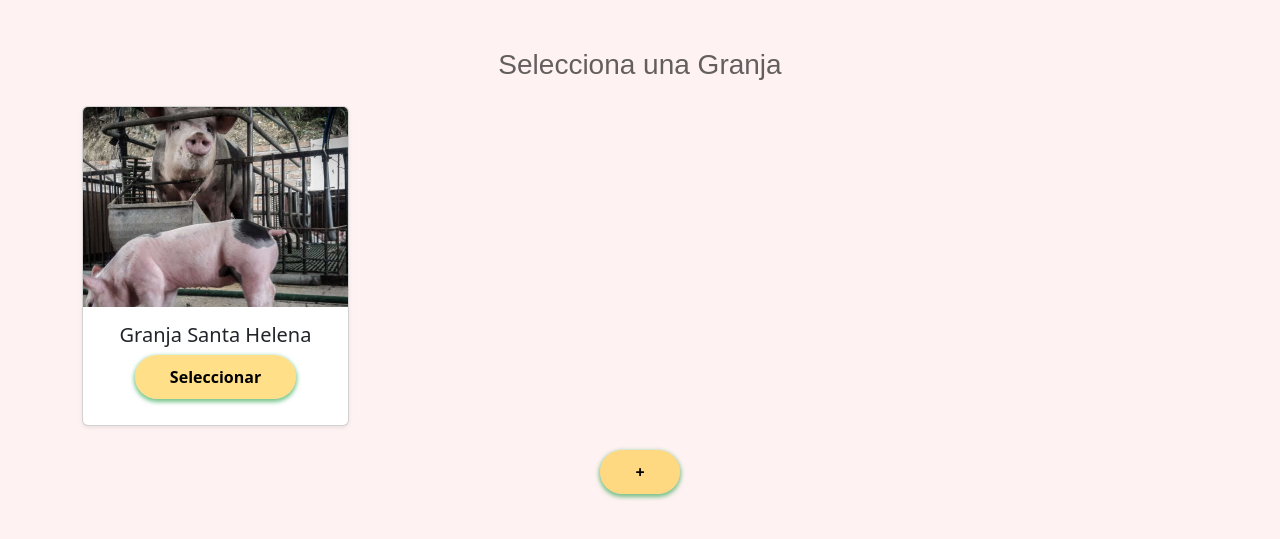
Repository: Mateojimenezz/Granja-Santa-Helena
Page: seleccionarGranja.html
These files come from the project's save history. The page is drawn as it stood at one moment and after the next save; the edit follows.
The browser window is 1280 px wide. The pictures show the whole page.
Some web fonts or font styles are not loaded; a fallback is used.

Above is the page before, as saved 2025-05-13 10:39:10.

### seleccionarGranja.html
<!DOCTYPE html>
<html lang="es">
<head>
    <meta charset="UTF-8">
    <meta name="viewport" content="width=device-width, initial-scale=1.0">
    <title>La Granja</title>
    <link href="https://cdn.jsdelivr.net/npm/bootstrap@5.3.3/dist/css/bootstrap.min.css" rel="stylesheet" integrity="sha384-QWTKZyjpPEjISv5WaRU9OFeRpok6YctnYmDr5pNlyT2bRjXh0JMhjY6hW+ALEwIH" crossorigin="anonymous">

    <link rel="stylesheet" href="./assets/css/seleccionarGranja.css">
    <link rel="stylesheet" href="https://cdn.jsdelivr.net/npm/bootstrap-icons@1.11.3/font/bootstrap-icons.min.css">
    <link href="https://fonts.googleapis.com/css2?family=Calistoga&display=swap" rel="stylesheet">

  </head>
<body>
    <div class="container mt-5">
        <h3 class="text-center mb-4">Selecciona una Granja</h3>

        <div class="row g-3" id="granjas-list">
            <!-- Primera granja fija -->
            <div class="col-md-3">
                <div class="card shadow-sm">
                    <img src="./assets/img/granja2.jpg" class="card-img-top" alt="Santa Helena">
                    <div class="card-body text-center">
                        <h5 class="card-title">Granja Santa Helena</h5>
                        <button class="btn btn-form" onclick="seleccionarGranja('Santa Helena')">Seleccionar</button>
                    </div>
                </div>
            </div>

            <!-- Aquí se agregarán las granjas dinámicamente -->
        </div>

        <!-- Botón para ir a la página de agregar nueva granja -->
        <div class="text-center mt-4">
            <a href="agregarGranja.html" class="btn btn-form"> + </a>
        </div>
    </div>






  <!-- bootstrap JS -->
  <script src="https://cdn.jsdelivr.net/npm/bootstrap@5.3.3/dist/js/bootstrap.bundle.min.js" integrity="sha384-YvpcrYf0tY3lHB60NNkmXc5s9fDVZLESaAA55NDzOxhy9GkcIdslK1eN7N6jIeHz" crossorigin="anonymous"></script>
  <script src="./assets/js/seleccionarGranja.js"></script>




</body>

</html>

### assets/css/seleccionarGranja.css

@import "./variables.css";
body{
    background-color: var( --color-FondoDiv2);
}
.granja-container {
    display: flex;
    flex-wrap: wrap;
    gap: 20px;
}
.container h3 {
    text-align: center;
    margin-bottom: 20px;
    color: var(--color-TextoMenuLateral);
    font-family: var(--font-principal);
}
.granja-card {
    width: 150px;
    margin: 10px;
    padding: 10px;
    border: 1px solid #ccc;
    border-radius: 8px;
    text-align: center;
    box-shadow: 2px 2px 10px rgba(0,0,0,0.2);
}



.granja-card button {
    margin-top: 10px;
    background-color: #007bff;
    color: white;
    border: none;
    padding: 5px 10px;
    cursor: pointer;
    border-radius: 5px;
}
.card-img-top {
    width: 100%;
    height: 200px; /* Ajusta según el diseño */
    object-fit: cover; /* Recorta la imagen para que se ajuste sin deformarse */

}
.btn-form{
    background-color: var(  --color-Botones);
    padding: 10px 35px;
    margin-bottom: 10px;
    border: none;
    border-radius: 30px;
    color: black;
    font-weight: bold;
    box-shadow: 0 2px 4px 1px  rgba(25, 157, 60, 0.6) /* Sombra verde */

  }
  .btn-form:hover {
    background-color: #f4cf50; /* Tonalidad más oscura */
    color: black;
  }
  .btn-form:active {
    background-color:var(--color-principal)!important;
    color: white !important;
    box-shadow: none !important;
  }
  #granjas-list {
    display: flex;
    flex-wrap: wrap; /* Permite que las tarjetas se acomoden en varias filas */
    align-items: flex-start; /* Asegura que el botón se mantenga alineado con las tarjetas */

}

#agregar-granja {
    #agregar-granja {
    align-self: flex-start; /* Mantiene el botón alineado con las tarjetas */
    width: 80px; /* Tamaño fijo */
    height: 80px;
    font-size: 24px;
}
}

### assets/js/seleccionarGranja.js
// ✅ Mostrar vista previa de imagen antes de guardarla
document.getElementById("imagen")?.addEventListener("change", function(event) {
    const file = event.target.files[0];
    const reader = new FileReader();

    reader.onload = function() {
        document.getElementById("preview").src = reader.result;
        document.getElementById("preview").style.display = "block";
    };

    if (file) {
        reader.readAsDataURL(file);
    }
});

// ✅ Guardar nueva granja y redirigir a `seleccionarGranja.html`
document.getElementById("form-granja")?.addEventListener("submit", function(event) {
    event.preventDefault();

    const nombreGranja = document.getElementById("nombre").value;
    const urlImagen = document.getElementById("preview").src;

    if (nombreGranja && urlImagen) {
        let granjas = JSON.parse(localStorage.getItem("granjas")) || [];
        granjas.push({ nombre: nombreGranja, imagen: urlImagen });
        localStorage.setItem("granjas", JSON.stringify(granjas));

        alert("Granja agregada correctamente!");

        window.location.href = "seleccionarGranja.html"; // Redirigir
    }
});

// ✅ Cargar las granjas guardadas en `seleccionarGranja.html`
document.addEventListener("DOMContentLoaded", function() {
    const listaGranjas = document.getElementById("granjas-list");
    let granjas = JSON.parse(localStorage.getItem("granjas")) || [];

    if (granjas.length === 0) {
        console.warn("No hay granjas en el localStorage.");
    }

    granjas.forEach(granja => {
        const nuevaGranja = document.createElement("div");
        nuevaGranja.classList.add("col-md-3");

        nuevaGranja.innerHTML = `
            <div class="card shadow-sm">
                <img src="${granja.imagen}" class="card-img-top" alt="Imagen de ${granja.nombre}">
                <div class="card-body text-center">
                    <h5 class="card-title">${granja.nombre}</h5>
                    <button class="btn btn-form" onclick="seleccionarGranja('${granja.nombre}')">Seleccionar</button>
                </div>
            </div>
        `;

        listaGranjas.appendChild(nuevaGranja);
    });
});

function seleccionarGranja(nombre) {
    alert(`Has seleccionado la granja: ${nombre}`);
    localStorage.setItem("granjaSeleccionada", nombre);
    window.location.href = "dashboard.html"; // Redirigir a la vista de la granja
}

// ✅ Guardar la granja seleccionada y redirigir a `inicio.html`
function seleccionarGranja(nombre) {
    localStorage.setItem("granjaSeleccionada", nombre);
    window.location.href = "paginaDeInicio.html"; // Redirigir a la página principal
}

### assets/css/variables.css
/* variables.css */
:root {
    --color-principal: #1CAD48 ;
    --color-Botones: rgba(255, 187, 0, 0.47);
    --color-texto: white;
    --color-fondo: #f5f5f5;
    --font-principal: 'calistoga','arial';
    --color-fondoDiv: #F8E91C;
    --color-FondoDiv2:#FFF2F2;
    --color-Footter: #D9D9D9;
    --letra-gris: #B0B0B7;
    --color-menu-lateral:#BDEAAD;
    --color-TextoMenuLateral:#645f5f; /* Color de texto del menú lateral */
    --fondo-formularios:#FFFFFF; /* Color de fondo de los formularios */
  }

After the next save:
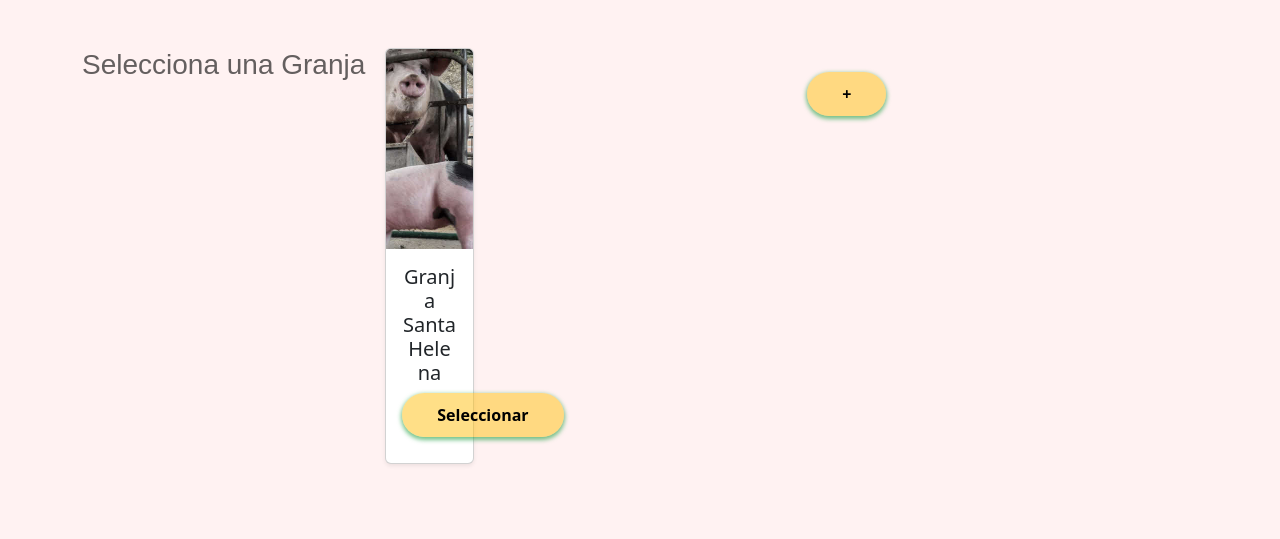
Saved 77 s later.
--- a/assets/css/seleccionarGranja.css
+++ b/assets/css/seleccionarGranja.css
@@ -3,7 +3,7 @@
 body{
     background-color: var( --color-FondoDiv2);
 }
-.granja-container {
+.container {
     display: flex;
     flex-wrap: wrap;
     gap: 20px;

After the 2 saves that followed:
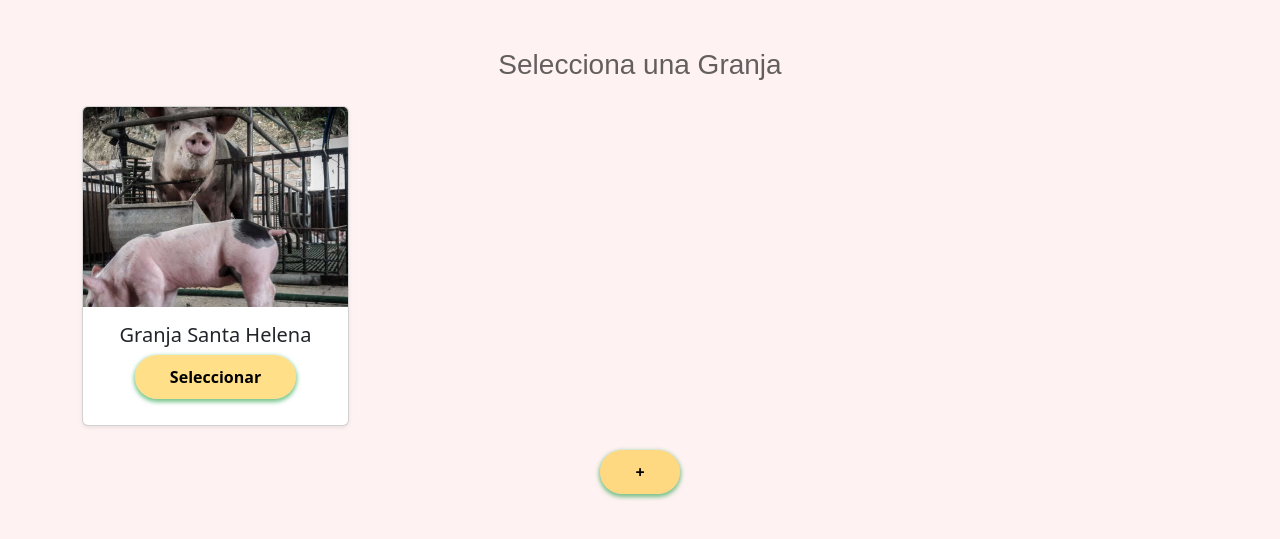
The 2 saves are shown as one change because 1 left the picture as it was.
The last was saved 54 s later.
--- a/assets/css/seleccionarGranja.css
+++ b/assets/css/seleccionarGranja.css
@@ -2,11 +2,6 @@
 @import "./variables.css";
 body{
     background-color: var( --color-FondoDiv2);
-}
-.container {
-    display: flex;
-    flex-wrap: wrap;
-    gap: 20px;
 }
 .container h3 {
     text-align: center;
